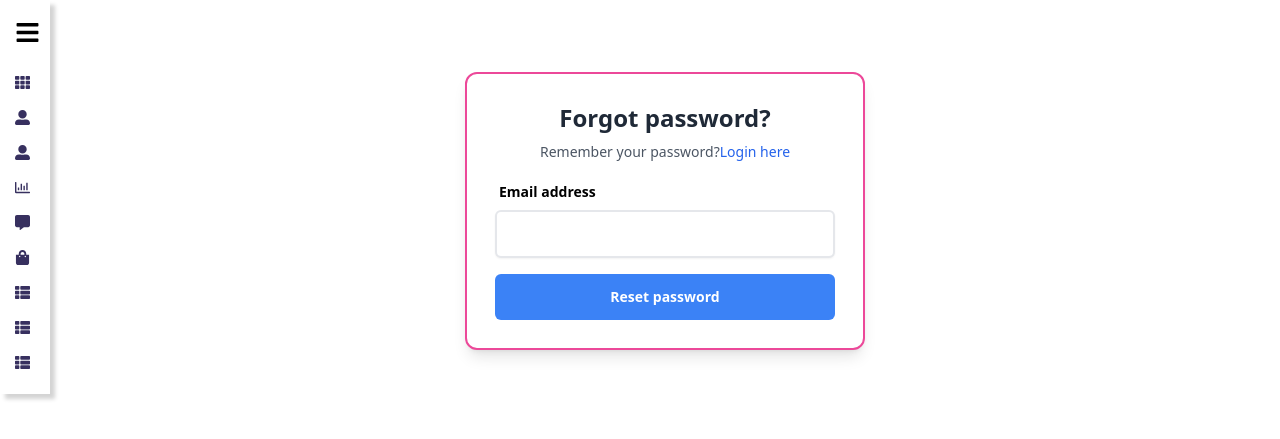
Repository: AndargWorku12/admin-dashboard
Page: /forget-password
An editor plug-in stored every save of this project. The page is shown before and after the next save, followed by the edit.
The browser window is 1280 px wide. The pictures show the whole page.
The project was rebuilt for these pictures with package versions that can differ from the ones it lists, and the page was loaded fresh each time. Also part of the build but not shown: src/styles/analytics.css, src/pages/Analytics.tsx, src/pages/Dashboard.tsx, src/styles/orders.css, src/pages/OrderTable.tsx, src/pages/OrderModal.tsx, src/pages/Orders.tsx, src/styles/category.css and 11 more.

Above is the page before, as saved 2024-02-03 04:36:16.

After the next save:
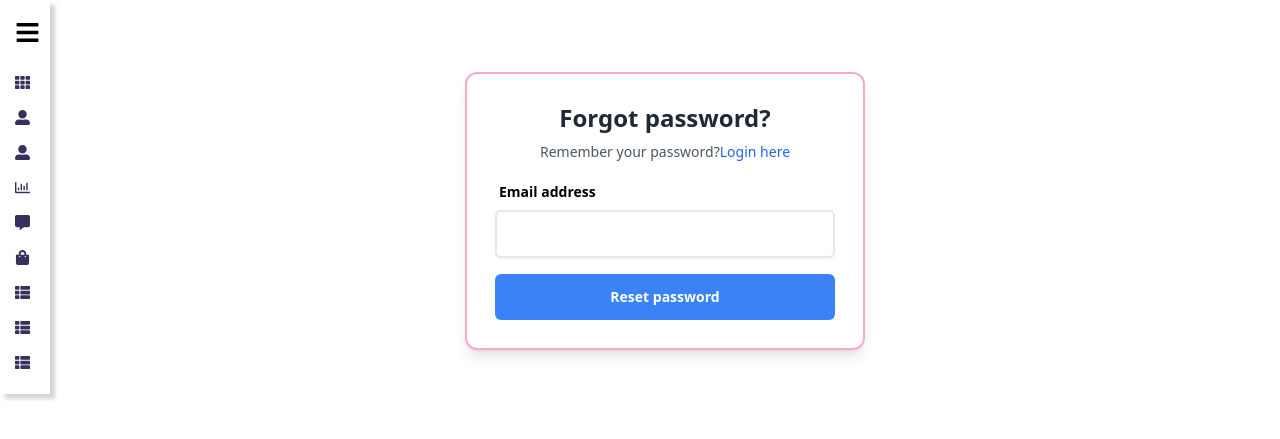
Saved 48 s later.
--- a/src/pages/ForgetPassword.tsx
+++ b/src/pages/ForgetPassword.tsx
@@ -4,7 +4,7 @@ const ForgotPassword: React.FC = () => {
   return (
     <main id="content" role="main" className="w-full max-w-md mx-auto p-6">
       <div className="mt-7 bg-white rounded-xl shadow-lg dark:bg-gray-800 dark:border-gray-700 border-2
-       border-pink-500">
+       border-pink-300">
         <div className="p-4 sm:p-7">
           <div className="text-center">
             <h1 className="block text-2xl font-bold text-gray-800 dark:text-white">Forgot password?</h1>
